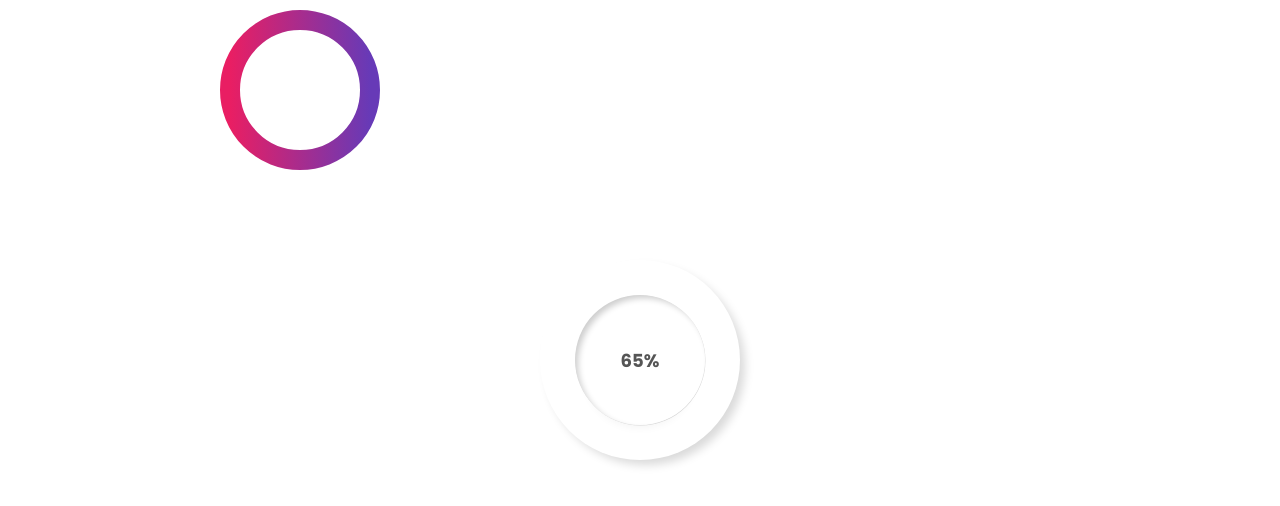
Repository: Ankitkr2021/Loader-Spinner
Page: index.html
These files come from the project's save history. The page is drawn as it stood at one moment and after the next save; the edit follows.
The browser window is 1280 px wide. The pictures show the whole page.

Above is the page before, as saved 2025-10-21 13:28:09.

### index.html
<!DOCTYPE html>
<html lang="en">
<head>
    <meta charset="UTF-8">
    <meta name="viewport" content="width=device-width, initial-scale=1.0">
    <title>Progress bar</title>
    <link rel="stylesheet" href="./style.css">
</head>
<body>
    <div class="circle">
        <div class="innercircle">
            <div id="number">65%</div>
        </div>
    </div>

    <svg xmlns="http://www.w3.org/2000/svg" version="1.1" width="160px" height="160px">
         <defs>
            <linearGradient id="GradientColor">
               <stop offset="0%" stop-color="#e91e63" />
               <stop offset="100%" stop-color="#673ab7" />
            </linearGradient>
         </defs>
         <circle cx="80" cy="80" r="70" stroke-linecap="round" />
 </svg>
</body>
</html>

### style.css
@import url('https://fonts.googleapis.com/css2?family=Poppins:wght@400;700&display=swap');

*{
    margin: 0;
    padding: 0;
    box-sizing: border-box;
    font-family: "Poppins",sans-serif;
}

body {
    display: flex;
    align-items: center;
    justify-content: center;
    height: 100vh;
    width: 100%;
}

.circle{
    display: flex;
    align-items: center;
    justify-content: center;
    height: 100vh;
    width: 200px;
    height: 200px;
    border-radius: 50%;
    padding: 35px;
    box-shadow: 6px 6px 10px -1px rgba(0,0,0,0.15),
                -6px -6px 10px -1px rgba(255,255,255,0.7);

}


.innercircle {
    width: 130px;
    height: 130px;
    border-radius: 50%;
    box-shadow: inset 4px 4px 6px -1px rgba(0,0,0,0.2),
                inset -4px -4px 6px -1px rgba(255,255,255,0.7), -0.5px -0.5px 0px rgba(255,255,255,1),  0.5px 0.5px 0px rgba(0,0,0,0.15), 0px 12px 10px -10px rgba(0,0,0,0.05);
}

#number {
    /* text-align: /center; */
     display: flex;
    align-items: center;
    justify-content: center;
    height: 100%;
    font-size: 18px;
    font-weight: 600;
    color: #555;
}

circle {
    fill: none;
    stroke: url(#GradientColor);
    stroke-width: 20px;
    stroke-dasharray: 472;
    stroke-dashoffset: 0;
}

svg {
    position: absolute;
    top: 10px;
    left: 220px;
}

After the next save:
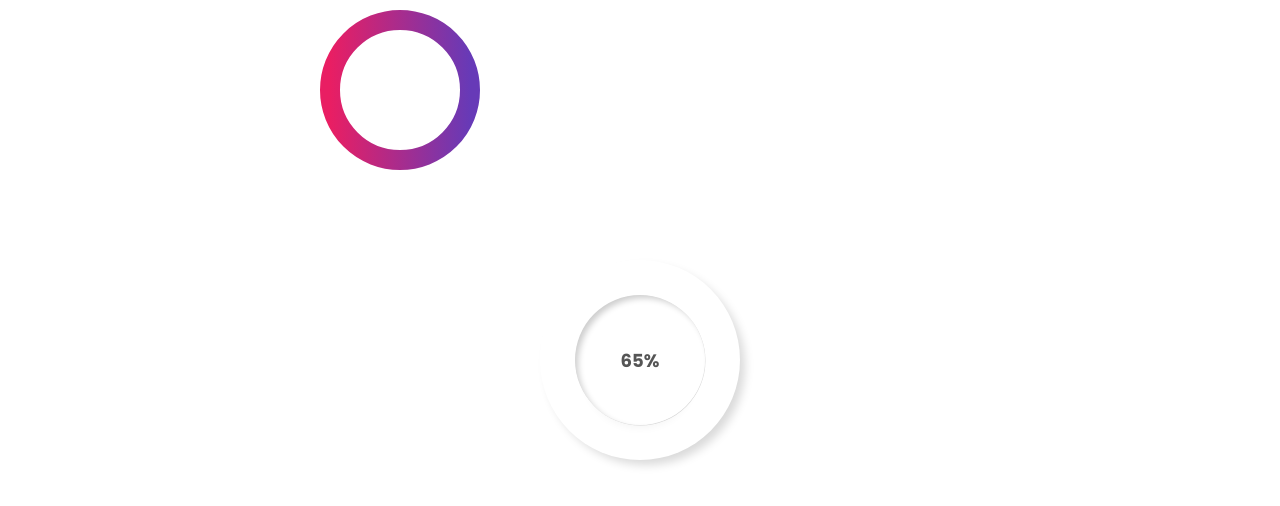
Saved 4 s later.
--- a/style.css
+++ b/style.css
@@ -60,5 +60,5 @@ circle {
 svg {
     position: absolute;
     top: 10px;
-    left: 220px;
+    left: 320px;
 }
